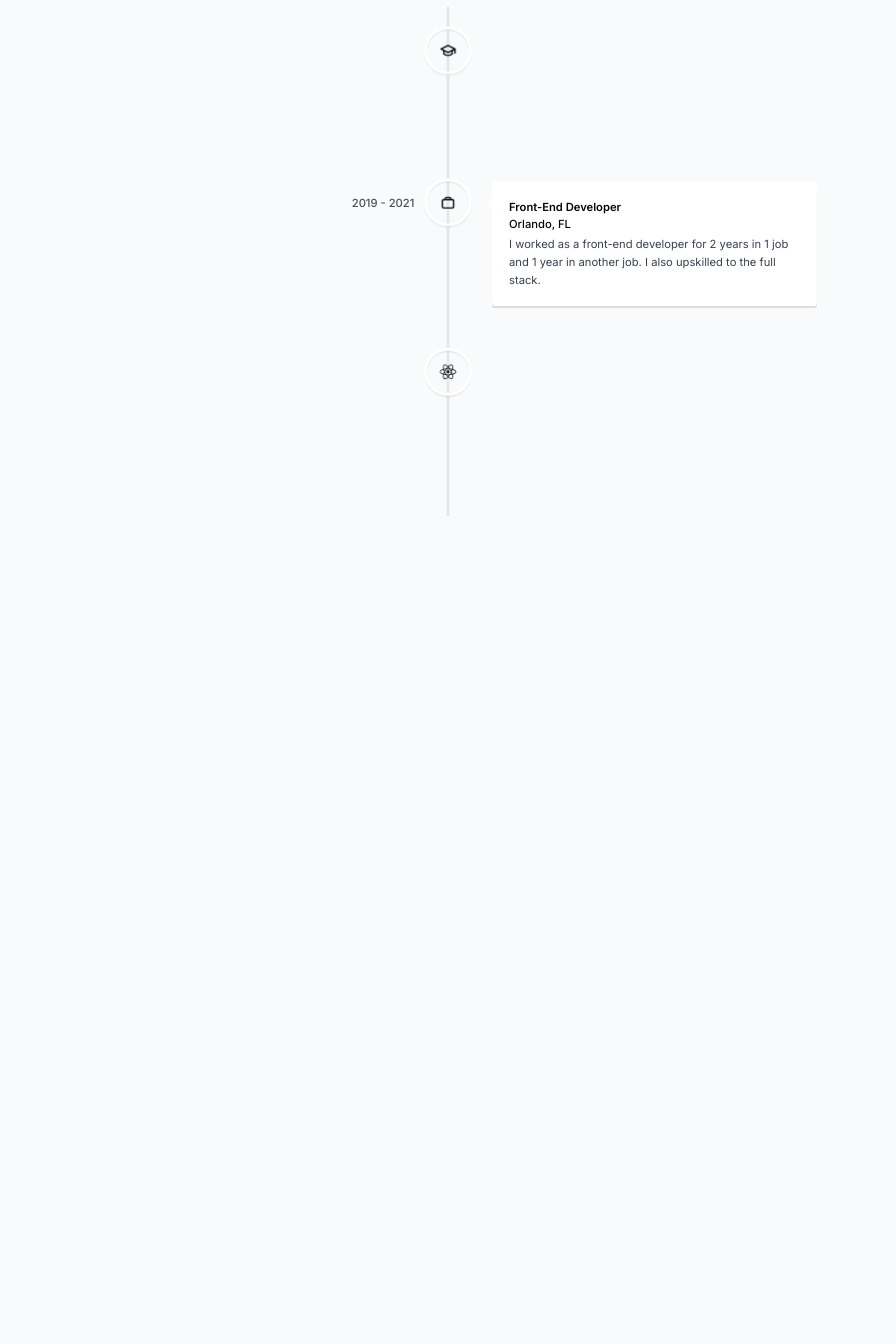
Repository: Tracy-maker/portfolio_website
Page: /
The author's editor kept a copy of each file at every save. The page is drawn from the files as they stood at one save, then again after a run of saves.
The browser window is 1280 px wide. The pictures show the part of the page from y = 3080 to 5000 px (the page is 5000 px tall), at 70% of full size.
The project was rebuilt for these pictures with package versions that can differ from the ones it lists, and the page was loaded fresh each time. The framework's server and built-in components were replaced by stand-ins that run in the browser. Also part of the build but not shown: next.config.js.

Above is the page before, as saved 2023-10-09 14:22:43.

After the next 2 saves:
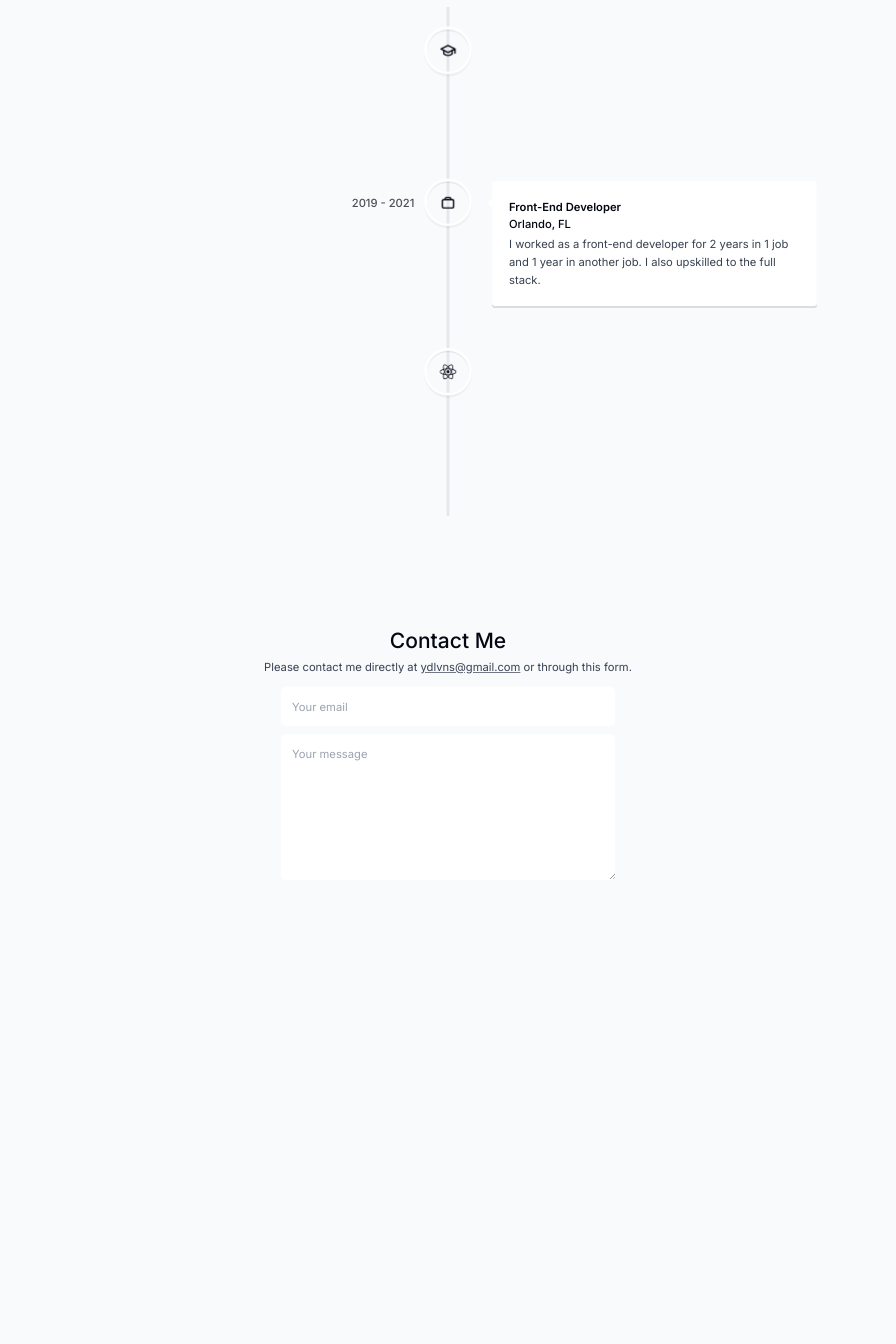
The 2 saves are shown as one change because they came seconds apart.
The last was saved 47 s later.
--- a/app/page.tsx
+++ b/app/page.tsx
@@ -1,5 +1,6 @@
 import SectionDivider from "@/components/SectionDivider";
 import About from "@/components/about";
+import Contact from "@/components/contact";
 import Experience from "@/components/experience";
 import Intro from "@/components/intro";
 import Projects from "@/components/projects";
@@ -14,6 +15,7 @@ export default function Home() {
       <Projects />
       <Skills />
       <Experience />
+      <Contact />
     </main>
   );
 }
